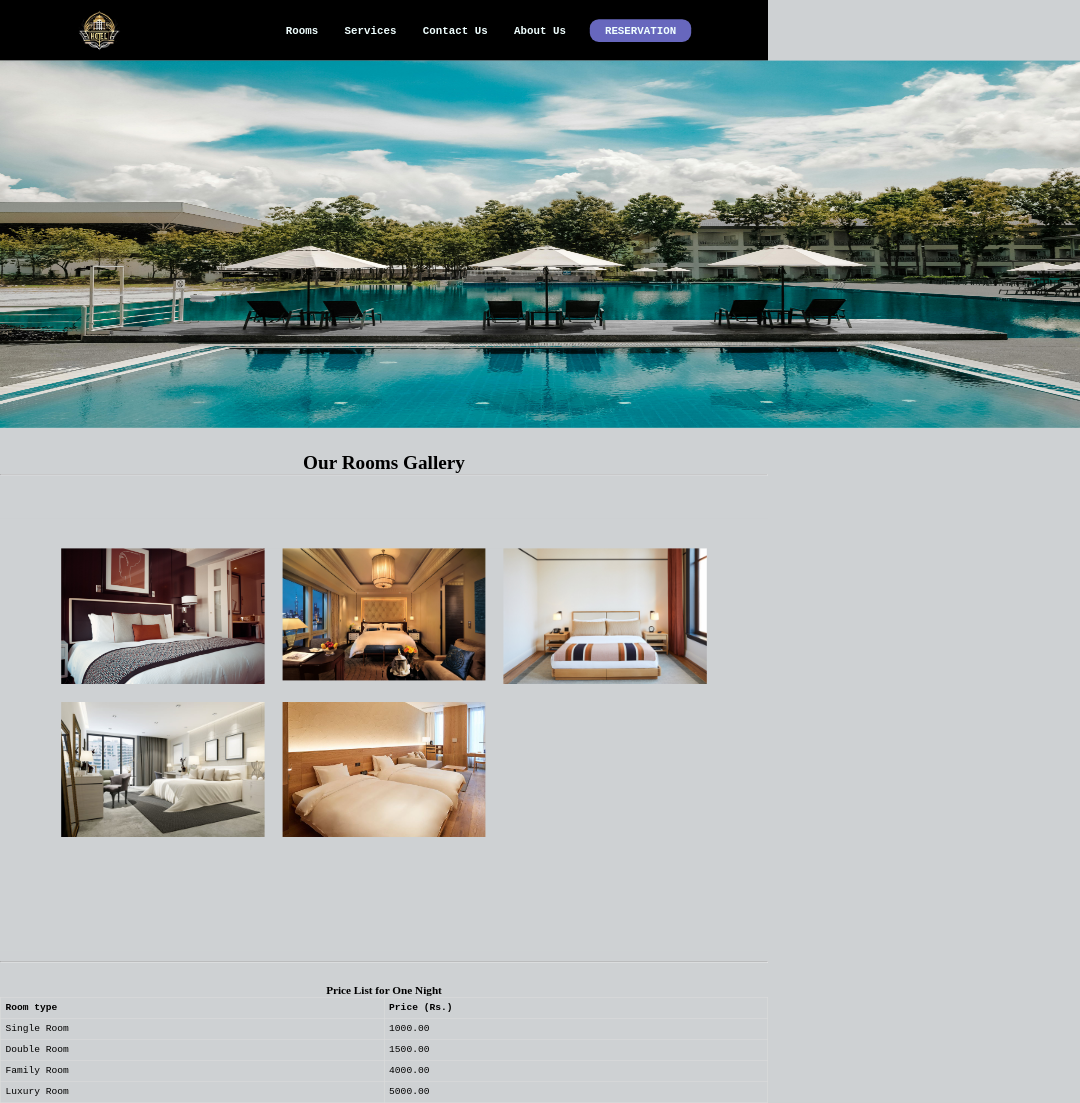
Repository: DhananjayaLakshan/Uom-Web_Design_For_Beginners
Page: Final Assignment/index.html
These files come from the project's save history. The page is drawn as it stood at one moment and after the next save; the edit follows.
The browser window is 1280 px wide. The page is 1800 px wide, so the pictures cover 1800 px, including what lies to the right of the window. The pictures show the whole page, at 60% of full size.

Above is the page before, as saved 2023-11-29 14:59:47.

### Final Assignment/index.html
<!DOCTYPE html>
<html lang="en">

<head>
    <meta charset="UTF-8">
    <meta name="viewport" content="width=device-width, initial-scale=1.0">
    <title>Ceylon Hotel</title>

    <link rel="stylesheet" href="style.css">
    <script src="script.js"></script>
</head>

<body>

    <header>
        <img class="logo" src="img/logo.png" alt="logo">

        <nav>
            <ul class="navBar">
                <li>
                    <a href="#"> Rooms</a>
                </li>

                <li>
                    <a href="#"> Services</a>
                </li>

                <li>
                    <a href="#"> Contact Us</a>
                </li>

                <li>
                    <a href="#"> About Us</a>
                </li>
            </ul>
        </nav>

        <a class="button" href="#"> <button>RESERVATION</button> </a>
    </header>

    <img class="coverImg" src="img/hotel-cover.jpg" alt="cover">

    <br><br><br>

    <h1 style="text-align: center;">Our Rooms Gallery</h1>
    <hr><br><br><br><br>

    <div class="container">

        <div class="gallery">
            <img src="img/room1.jpeg" alt="room1">
            <img src="img/room2.jpg" alt="room2">
            <img src="img/room3.jpg" alt="room3">
            <img src="img/room4.jpg" alt="room4">
            <img src="img/room5.jpg" alt="room5">
        </div>

    </div>
    <br>
    <hr><br><br>

    <h3 style="text-align: center;">Price List for One Night</h3>

    <table>

        <tr>
            <th>Room type</th>
            <th>Price (Rs.)</th>
        </tr>

        <tr>
            <td>Single Room</td>
            <td>1000.00</td>

        </tr>

        <tr>
            <td>Double Room</td>
            <td>1500.00</td>

        </tr>

        <tr>
            <td>Family Room</td>
            <td>4000.00</td>
        </tr>


        <tr>
            <td>Luxury Room</td>
            <td>5000.00</td>
        </tr>

    </table>



</body>

</html>

### Final Assignment/style.css
*{
    box-sizing: border-box;
    padding: 0;
    margin: 0;
    background-color: rgb(206, 209, 211);
}

li,a, button{
    font-family: 'Courier New', Courier, monospace;
    font-weight: 600;
    font-size: 18px;
    text-decoration: none;
    color: azure;
}

header{
    display: flex;
    justify-content: flex-end;
    align-items: center;
    padding: 13px 10%;
    background-color:black;

}

.logo{
    width: 75px;
    height: 75px;
    cursor: pointer;
    margin-right: auto;
    background-color: black;
}

.navBar{
    list-style: none;
    background-color: black;
}

.navBar li{
    display: inline-block;
    padding: 0px 20px;
    background-color:black;
}

.navBar li a {
    transition: all 0.3s ease 0s;
    background-color:black;
}

.navBar li a:hover{
    color: red;
}

button{
    padding: 9px 25px;
    background-color:rgb(103, 103, 189);
    border: none;
    border-radius: 15px;
    cursor:pointer;
    transition: all 0.3s ease 0s;
    margin-left: 20px;
}

button:hover{
    background-color: rgb(56, 39, 161);
}

.button{
background-color:black;
}


.cover{
    width: 100px;
    max-height: 500px;
}

.coverImg{
    width: 250vh;
    height: 85vh;
}

.container{
    width: 100%;
    min-height: 100vh;
    align-items:center;
    justify-content: center;
    padding: 50px 8%;
}

.gallery{
    display: grid;
    grid-template-columns: repeat(auto-fit,minmax(250px, 1fr));
    grid-gap: 30px;
}

.gallery img{
    width: 100%;
    transition: all 0.3s ease 0s;
}

.gallery img:hover{
    border: 5px solid blue;
}

table{
    width: 100%;
    font-family: 'Courier New', Courier, monospace;
    border-collapse: collapse;
}

td, th {
    border: 1px solid #dddddd;
    text-align: left;
    padding: 8px;
  }

Loaded but not shown: Final Assignment/script.js (no stored copy; drawn as an empty file)

After the next save:
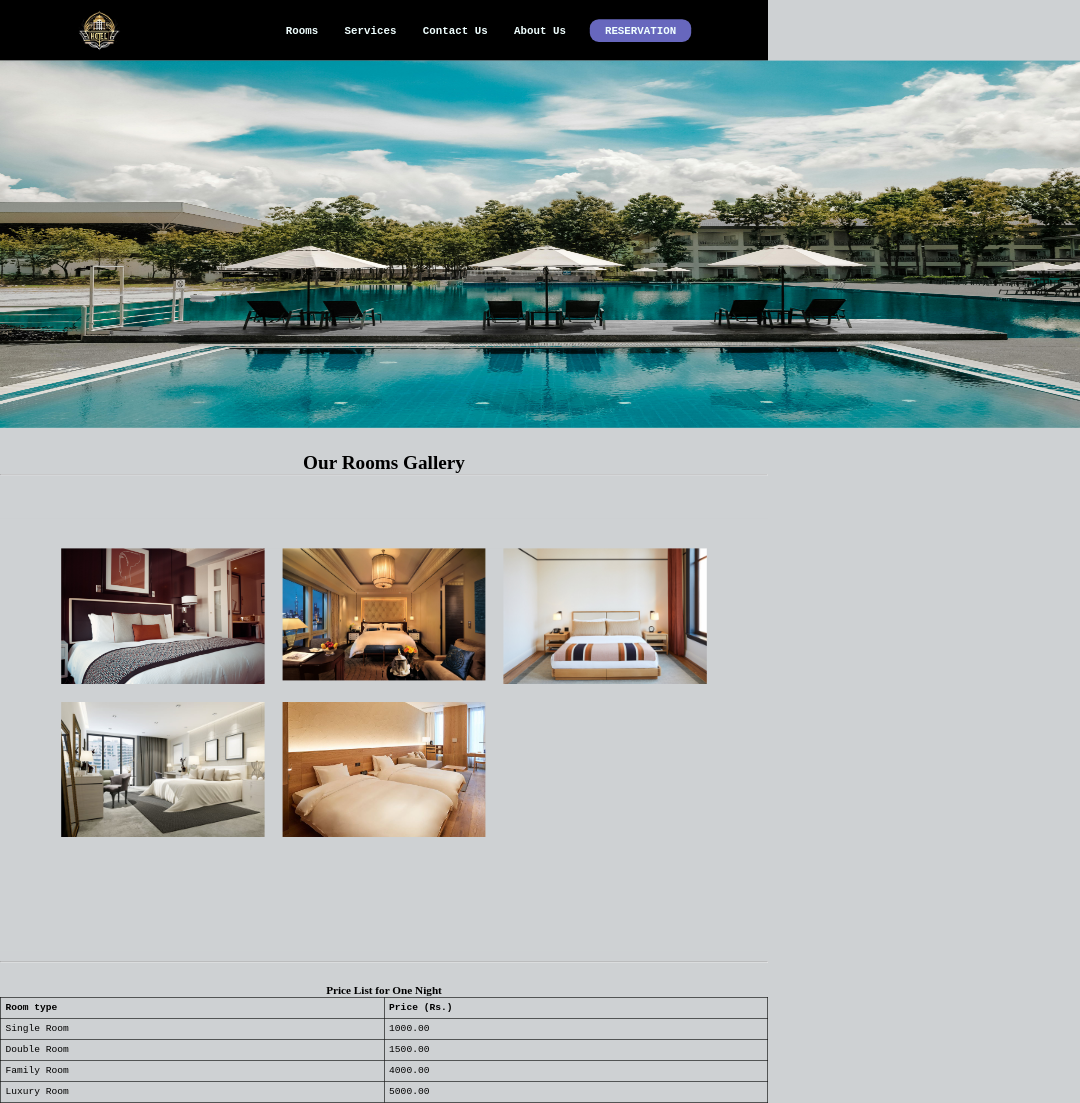
Saved 10 s later.
--- a/Final Assignment/style.css
+++ b/Final Assignment/style.css
@@ -109,7 +109,7 @@ table{
 }
 
 td, th {
-    border: 1px solid #dddddd;
+    border: 1px solid #000000;
     text-align: left;
     padding: 8px;
   }
